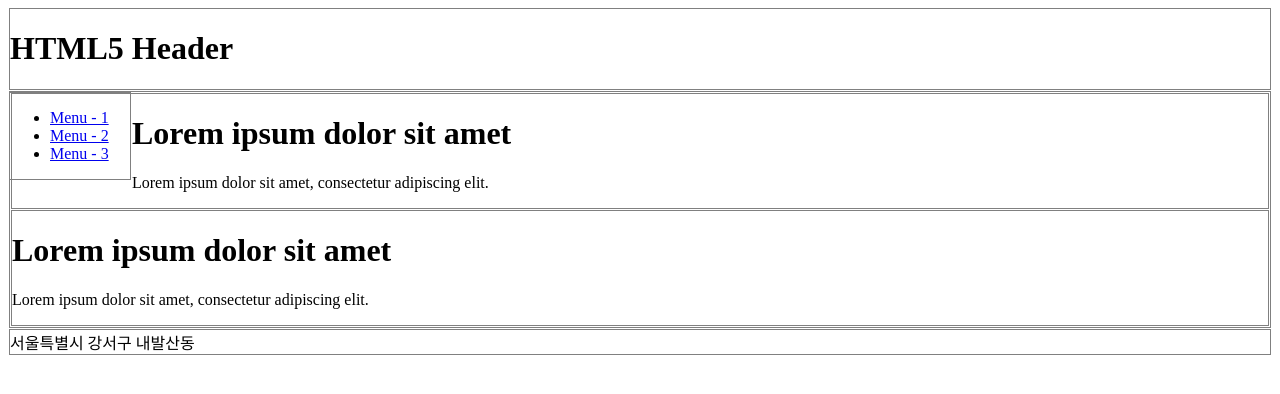
Repository: soso1525/bitcamp
Page: workspace/java-web/src/main/webapp/ch2/2-53.html
An editor plug-in stored every save of this project. The page is shown before and after the next save, followed by the edit.
The browser window is 1280 px wide. The pictures show the whole page.

Above is the page before, as saved 2017-12-12 08:07:38.

### workspace/java-web/src/main/webapp/ch2/2-53.html
<!DOCTYPE html>
<html>
<head>
    <title>HTML5 Basic</title>
    <style>
        div {
            border: 1px solid gray;
            margin: 1px
        }

        #sidebar {
            width: 120px;
            float: left;
        }

    </style>
</head>
<body>
    <div id="header">
        <h1>HTML5 Header</h1>
    </div>
    <div id="sidebar">
        <ul>
            <li><a href="#">Menu - 1</a></li>
            <li><a href="#">Menu - 2</a></li>
            <li><a href="#">Menu - 3</a></li>
        </ul>
    </div>
    <div id="content">
        <div>
            <h1>Lorem ipsum dolor sit amet</h1>
            <p>Lorem ipsum dolor sit amet, consectetur adipiscing elit.</p>
        </div>
        <div>
            <h1>Lorem ipsum dolor sit amet</h1>
            <p>Lorem ipsum dolor sit amet, consectetur adipiscing elit.</p>
        </div>
    </div>
    <div id="footer">
        <span>서울특별시 강서구 내발산동</span>
    </div>
</body>
</html>

After the next save:
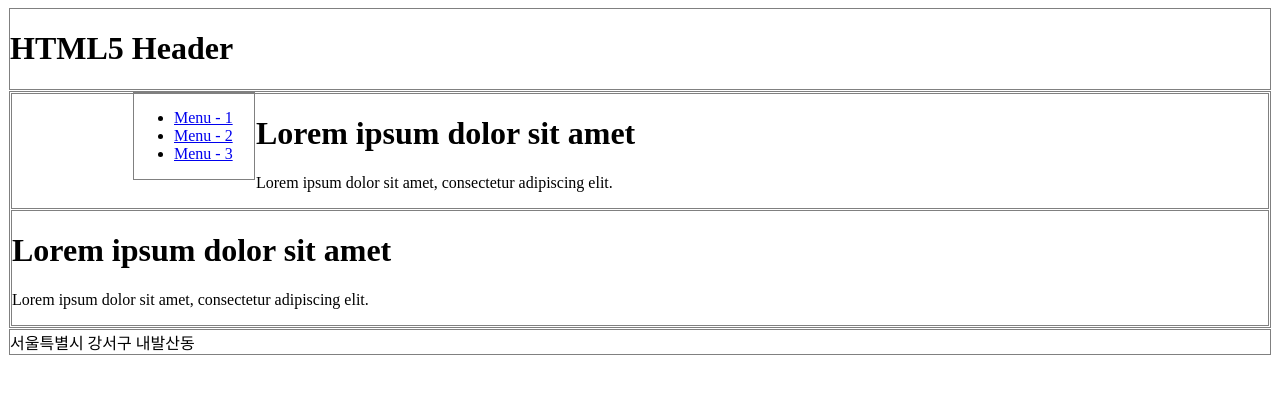
Saved 62 s later.
--- a/workspace/java-web/src/main/webapp/ch2/2-53.html
+++ b/workspace/java-web/src/main/webapp/ch2/2-53.html
@@ -11,6 +11,7 @@
         #sidebar {
             width: 120px;
             float: left;
+            margin-left: 125px;
         }
 
     </style>

After the save that followed:
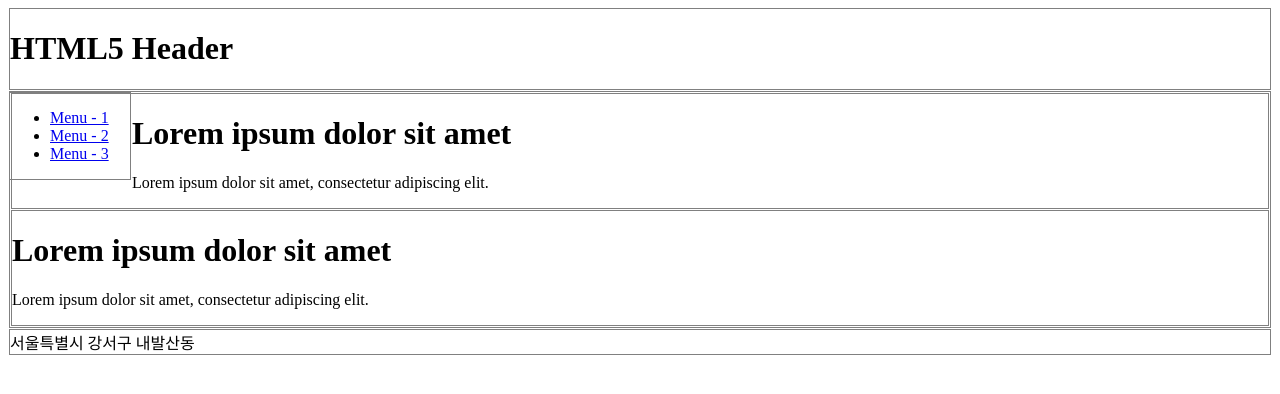
Saved 13 s later.
--- a/workspace/java-web/src/main/webapp/ch2/2-53.html
+++ b/workspace/java-web/src/main/webapp/ch2/2-53.html
@@ -11,7 +11,6 @@
         #sidebar {
             width: 120px;
             float: left;
-            margin-left: 125px;
         }
 
     </style>
